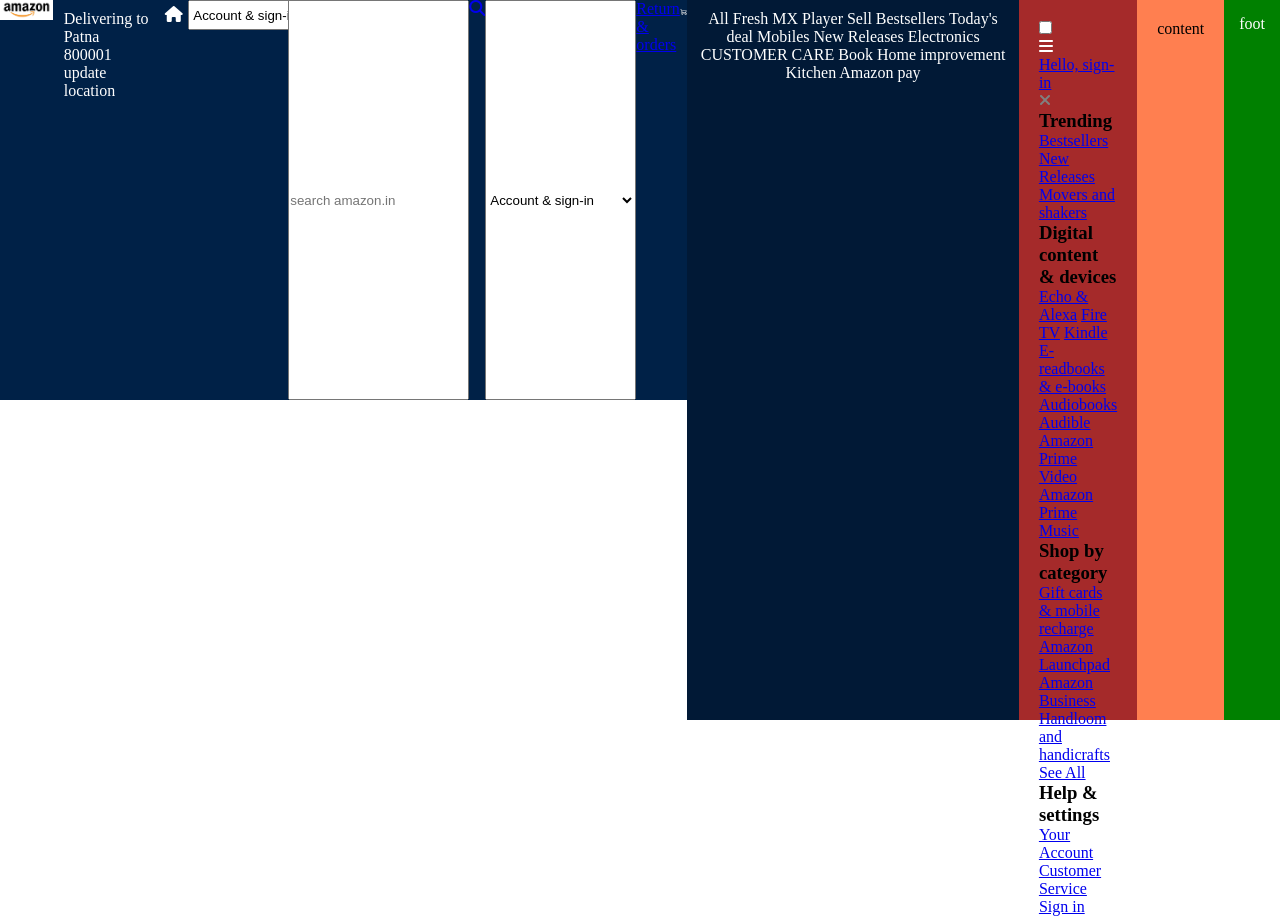
Repository: sristigupta04/basic-js-project
Page: amazon/ami.html
The author's editor kept a copy of each file at every save. The page is drawn from the files as they stood at one save, then again after the next save.
The browser window is 1280 px wide. The pictures show the whole page.

Above is the page before, as saved 2025-11-02 00:37:24.

### amazon/ami.html
<!DOCTYPE html>
<html lang="en">
<head>
  <meta charset="UTF-8">
  <meta name="viewport" content="width=device-width, initial-scale=1.0">
  <title>Amazon Page</title>
  <link rel="stylesheet" href="ami.css"/>
  <link
    rel="stylesheet"
    href="https://cdnjs.cloudflare.com/ajax/libs/font-awesome/6.4.0/css/all.min.css"
  />
  <link
    href="https://fonts.googleapis.com/css2?family=Poppins&display=swap"
    rel="stylesheet"
  />
</head>

<body>
  <div class="container">

    <!-- Navbar -->
    <div class="navbar">

      <img class="fit-picture" src="pic.jpg" alt="author" />


      <div class="address">
        <a href="#">Delivering to Patna 800001 update location</a>
      </div>

      <a href="#" class="house"><i class="fa-solid fa-house"></i></a>

      <div class="input">
        <select name="tools" id="tool">
          <option value="">Account & sign-in</option>
          <option value="dog">baby wishlist</option>
          <option value="cat">Your account</option>
          <option value="hamster">your wish list</option>
          <option value="parrot">keep shopping</option>
          <option value="spider">your recommendation</option>
          <option value="goldfish">prime account</option>
        </select>
      </div>
        <input type="text" placeholder="search amazon.in" />
        <a href="#"><i class="fa-solid fa-magnifying-glass"></i></a>

        <!-- Second select -->
        <select name="tools" id="tool">
          <option value="">Account & sign-in</option>
          <option value="dog">baby wishlist</option>
          <option value="cat">Your account</option>
          <option value="hamster">your wish list</option>
          <option value="parrot">keep shopping</option>
          <option value="spider">your recommendation</option>
          <option value="goldfish">prime account</option>
        </select>

        <a href="#">Return & orders</a>

        <svg
          xmlns="http://www.w3.org/2000/svg"
          height="24px"
          viewBox="0 -960 960 960"
          width="24px"
          fill="#e3e3e3"
        >
          <path
            d="M292-120q-38 0-65-27.5T200-213v-371l-73-176H40v-80h141l66 160h591q23 0 35 19t1 39L760-399q51 8 85.5 47t34.5 92q0 58-40.5 99T741-120q-59 0-99.5-41T601-260q0-20 5-37t14-33l-131-12-120 180q-13 20-33.5 31T292-120Zm382-285 99-195H280l50 120q8 20 25.5 33.5T396-431l278 26ZM293-201q2 0 9-5l97-144q-49-5-77-23.5T280-412v200q0 5 4 8t9 3Zm447 1q26 0 43-17.5t17-42.5q0-26-17-43t-43-17q-25 0-42.5 17T680-260q0 25 17.5 42.5T740-200Zm-66-205-278-26 278 26Z"
          />
        </svg>
    </div>


    <!-- Second Navbar -->
    <div class="navbar-second">
      <a href="#">All</a>
      <a href="#">Fresh</a>
      <a href="#">MX Player</a>
      <a href="#">Sell</a>
      <a href="#">Bestsellers</a>
      <a href="#">Today's deal</a>
      <a href="#">Mobiles</a>
      <a href="#">New Releases</a>
      <a href="#">Electronics</a>
      <a href="#">CUSTOMER CARE</a>
      <a href="#">Book</a>
      <a href="#">Home improvement</a>
      <a href="#">Kitchen</a>
      <a href="#">Amazon pay</a>
    </div>

    <!-- Sidebar -->
    <div class="Sidebar">
      <div class="main_box">
        <input type="checkbox" id="check" />
        <div class="btn_one">
          <label for="check" style="color: white">
            <i class="fa-solid fa-bars"></i>
          </label>
        </div>

        <div class="sidebar_menu">
          <div class="logo">
            <a href="#">Hello, sign-in</a>
          </div>

          <div class="btn_two">
            <label for="check" style="color: grey">
              <i class="fa-solid fa-xmark"></i>
            </label>
          </div>
        </div>

        <!-- Next part of sidebar -->
        <div class="trending">
          <h3>Trending</h3>
          <a href="#">Bestsellers</a>
          <a href="#">New Releases</a>
          <a href="#">Movers and shakers</a>
        </div>

        <div class="digitat">
          <h3>Digital content & devices</h3>
          <a href="#">Echo & Alexa</a>
          <a href="#">Fire TV</a>
          <a href="#">Kindle E-readbooks & e-books</a>
          <a href="#">Audiobooks Audible</a>
          <a href="#">Amazon Prime Video</a>
          <a href="#">Amazon Prime Music</a>
        </div>

        <div class="shop">
          <h3>Shop by category</h3>
          <a href="#">Gift cards & mobile recharge</a>
          <a href="#">Amazon Launchpad</a>
          <a href="#">Amazon Business</a>
          <a href="#">Handloom and handicrafts</a>
          <a href="#">See All</a>
        </div>

        <div class="help">
          <h3>Help & settings</h3>
          <a href="#">Your Account</a>
          <a href="#">Customer Service</a>
          <a href="#">Sign in</a>
        </div>
      </div>
    </div>

    <!-- Content -->
    <div class="Content">content</div>

    <!-- Footer -->
    <div class="Footer">foot</div>

  </div>

  <script src="ami.js"></script>
</body>
</html>

### amazon/ami.css
* {
  padding: 0;
  margin: 0;
  box-sizing: border-box;
}

/* Overall container holds everything */
.container {
  display: flex;

  height: 100vh;
}

/* Navbars */
.navbar {
  background-color:#002147;
  width:100%;
  height:400px;
  display: flex;
}
.navbar img{
  background-position: cover;
  height:20px;
}
.navbar .address{
  text-decoration: none;
  color:white;
  padding:0.65rem;
}

.navbar .address a{
    text-decoration: none;
  color:white;
}

.navbar .house{
  color:white;
  padding: 0.34rem;
  margin:0.12px;
}

.navbar .input{
  height:200px;
  width:100px;
  border-radius: 2rem;;

}
.navbar .input select{
  height:30px;
}



















































.navbar-second {
  background-color:#011936 ;
  padding: 10px;
  text-align: center;
}
.navbar-second a{
  text-decoration: none;
  color:white;
}

/* Sidebar on left */
.Sidebar {
  background-color: brown;
  width: 250px;
  padding: 20px;
}

/* Content on right */
.Content {
  flex: 1;
  background-color: coral;
  padding: 20px;
}

/* Footer at bottom */
.Footer {
  background-color: green;
  color: white;
  text-align: center;
  padding: 15px;
}

Loaded but not shown: amazon/ami.js (empty)

After the next save:
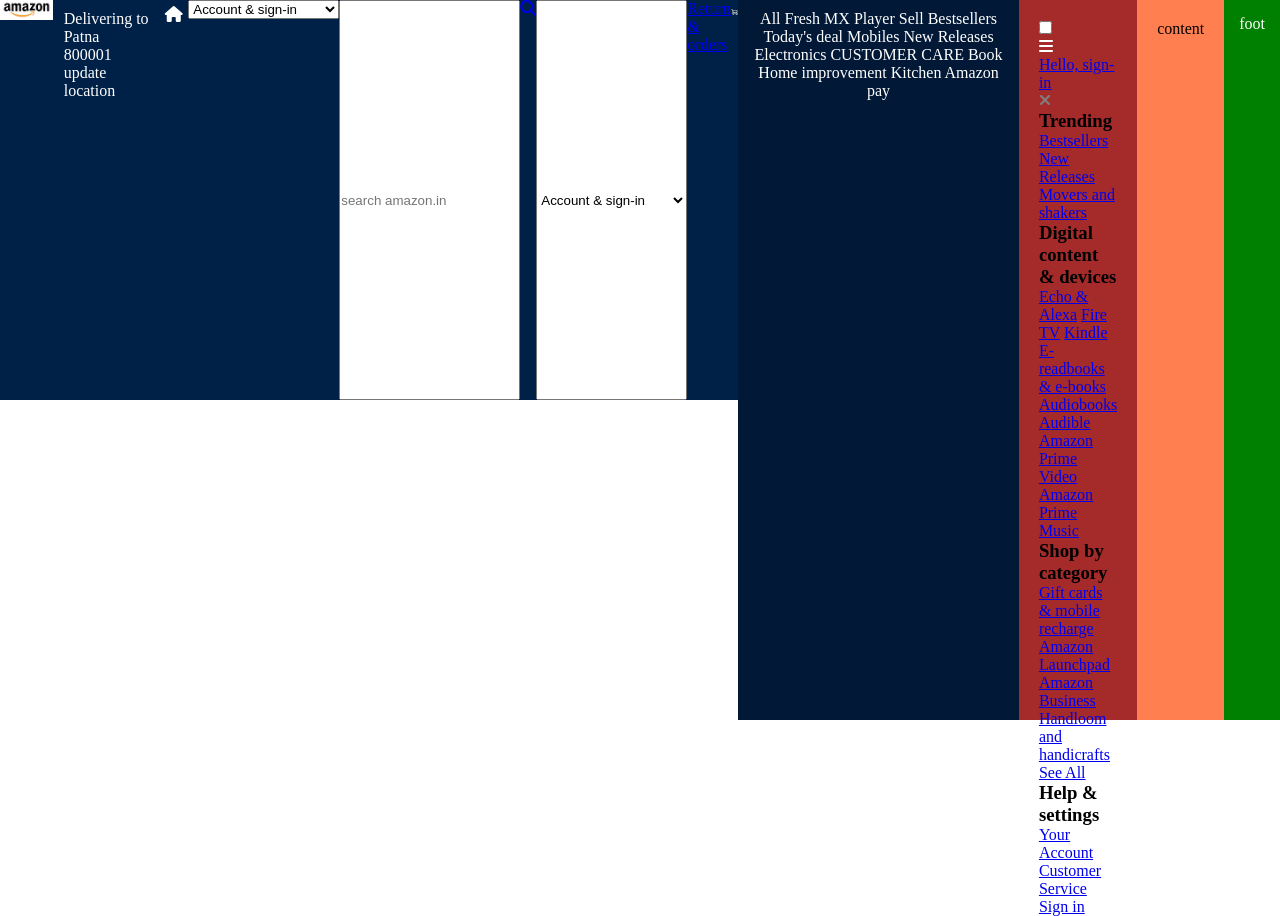
Saved 37 s later.
--- a/amazon/ami.html
+++ b/amazon/ami.html
@@ -30,7 +30,7 @@
 
       <a href="#" class="house"><i class="fa-solid fa-house"></i></a>
 
-      <div class="input">
+      <div class="tool">
         <select name="tools" id="tool">
           <option value="">Account & sign-in</option>
           <option value="dog">baby wishlist</option>

After the save that followed:
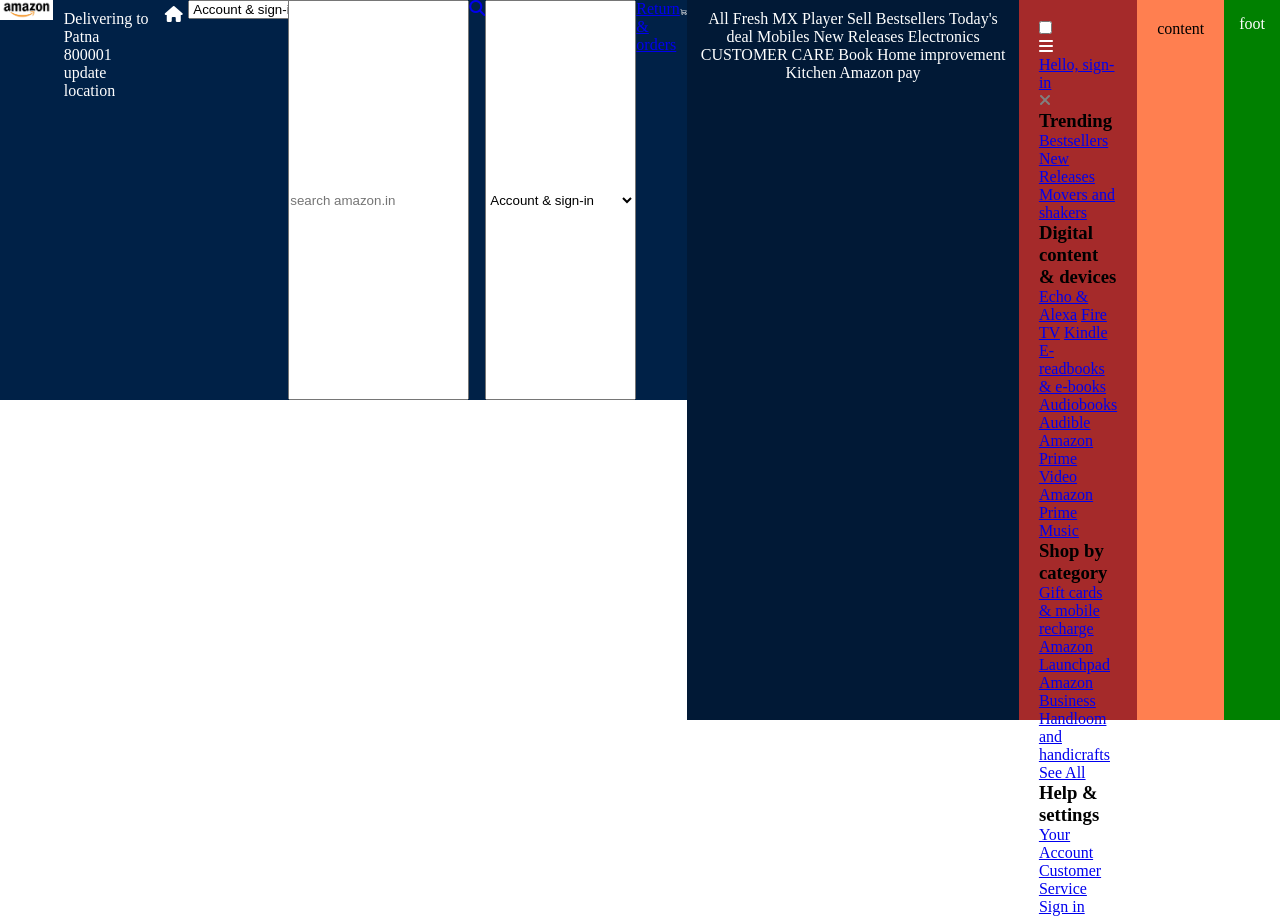
Saved 13 s later.
--- a/amazon/ami.css
+++ b/amazon/ami.css
@@ -39,7 +39,7 @@
   margin:0.12px;
 }
 
-.navbar .input{
+.navbar .tool{
   height:200px;
   width:100px;
   border-radius: 2rem;;
